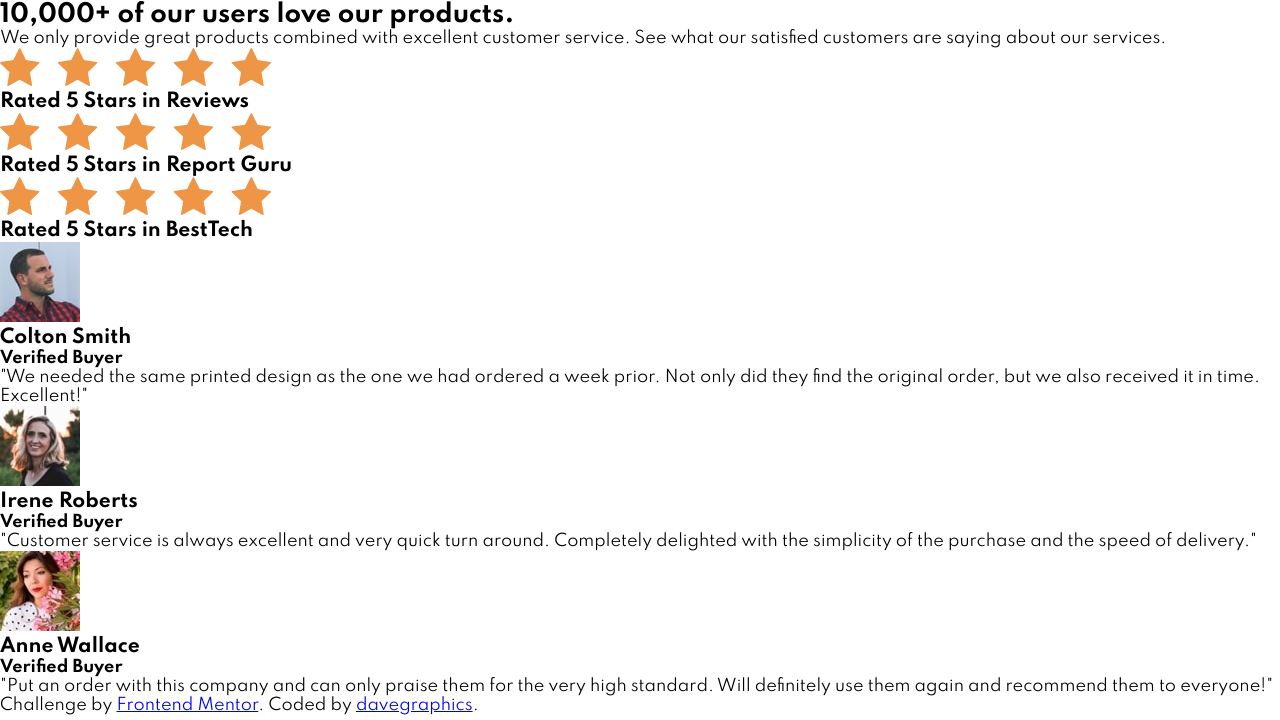
Repository: DejV44/social-proof-section-master
Page: index.html
These files come from the project's save history. The page is drawn as it stood at one moment and after the next save; the edit follows.
The browser window is 1280 px wide. The pictures show the whole page.
The style sheet was rebuilt from its Sass, Less or Tailwind sources for each picture, by a compiler version that may differ from the author's.

Above is the page before, as saved 2021-06-24 20:12:36.

### index.html
<!DOCTYPE html>

<html lang="en">
<head>
    <meta charset="UTF-8">
    <meta http-equiv="X-UA-Compatible" content="IE=edge">
    <meta name="viewport" content="width=device-width, initial-scale=1.0">
    <link rel="stylesheet" href="../css/main.css">
    <title>social-proof-section-master</title>
</head>
<body>
    <section class="main">
        <div class="titles">
            <h1 class="title">10,000+ of our users love our products.</h1>
            <p class="item-1">We only provide great products combined with excellent customer service. See what our satisfied customers are saying about our services.</p>
        </div>
        <div class="container">
            <ul>
                <li class="item1">
                    <img src="../img/stars.svg" alt="stars">
                    <h3>Rated 5 Stars in Reviews</h3>
                </li>
            </ul>

            <ul>
                <li class="item2">
                    <img src="../img/stars.svg" alt="stars">
                    <h3>Rated 5 Stars in Report Guru</h3>
                </li>
            </ul>

            <ul>
                <li class="item3">
                    <img src="../img/stars.svg" alt="stars">
                    <h3>Rated 5 Stars in BestTech</h3>
                </li>
            </ul>
        </div>
    </section>

    <section class="citate">
        <ul>
            <li>
                <div class="identy">
                    <img src="../img/image-colton.jpg" alt="stars">
                    <div>
                        <h3>Colton Smith</h3>
                        <h4>Verified Buyer</h4>
                    </div>
                </div>
                <blockquote>"We needed the same printed design as the one we had ordered a week prior. Not only did they find the original order, but we also received it in time. Excellent!"</blockquote>
            </li>
        </ul>

        <ul>
            <li>
                <div class="identy">
                    <img src="../img/image-irene.jpg" alt="stars">
                    <div>
                        <h3>Irene Roberts</h3>
                        <h4>Verified Buyer</h4>
                    </div>
                </div>
                <blockquote>"Customer service is always excellent and very quick turn around. Completely delighted with the simplicity of the purchase and the speed of delivery."</blockquote>
            </li>
        </ul>

        <ul>
            <li>
                <div class="identy">
                    <img src="../img/image-anne.jpg" alt="stars">
                    <div>
                        <h3>Anne Wallace</h3>
                        <h4>Verified Buyer</h4>
                    </div>
                </div>
                <blockquote>"Put an order with this company and can only praise them for the very high standard. Will definitely use them again and recommend them to everyone!"</blockquote>
            </li>
        </ul>
    </section>
    <div class="attribution">
        Challenge by
        <a href="https://www.frontendmentor.io?ref=challenge" target="_blank"
          >Frontend Mentor</a
        >. Coded by <a href="#">davegraphics</a>.
      </div>

</body>
</html>

### css/main.scss
@import url('https://fonts.googleapis.com/css2?family=Spartan:wght@400;500;700&display=swap');

*{
    margin: 0;
    padding: 0;
    -webkit-font-smoothing: antialiased;
    /*outline: 3px solid rgb(197, 197, 197);*/
}

:root {
    --primary-color: hsl(300, 43%, 22%);
    --soft-pink: hsl(333, 80%, 67%);
    --neutral-color: hsl(303, 10%, 53%);
    --light-color: hsl(300, 24%, 96%);
    --white: hsl(0, 0%, 100%);
}

body {
    margin: 0;
    padding: 0;
    //background: var(--white);
    font-family: 'Spartan', sans-serif;





}

After the next save:
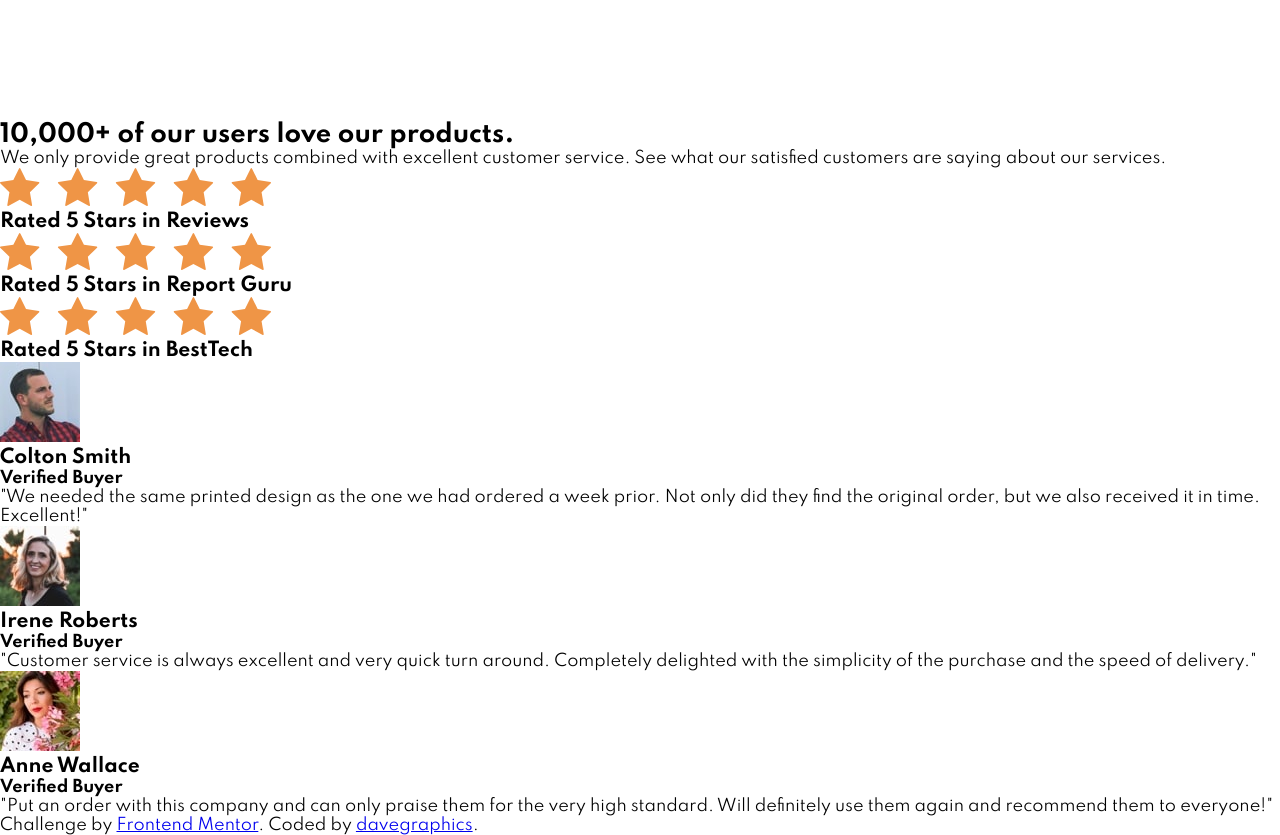
Saved 2 min 55 s later.
--- a/css/main.scss
+++ b/css/main.scss
@@ -21,6 +21,10 @@ body {
     //background: var(--white);
     font-family: 'Spartan', sans-serif;
 
+    .main {
+        margin: 120px auto 0 auto;
+        max-width: 1440px;
+    }
 
 
 
